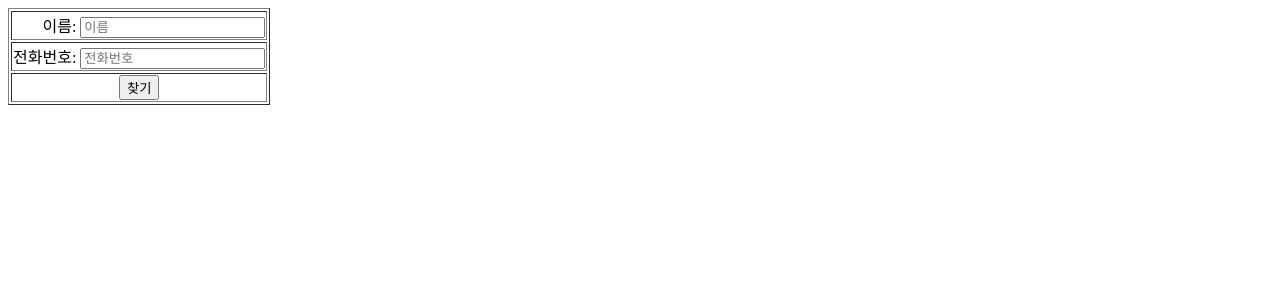
Repository: leeseokh/jquery
Page: workspace/MemberPj/WebContent/html/아디, 비번 찾기/id찾기.html
These files come from the project's save history. The page is drawn as it stood at one moment and after the next save; the edit follows.
The browser window is 1280 px wide. The pictures show the whole page.

Above is the page before, as saved 2021-06-18 00:08:47.

After the next save:
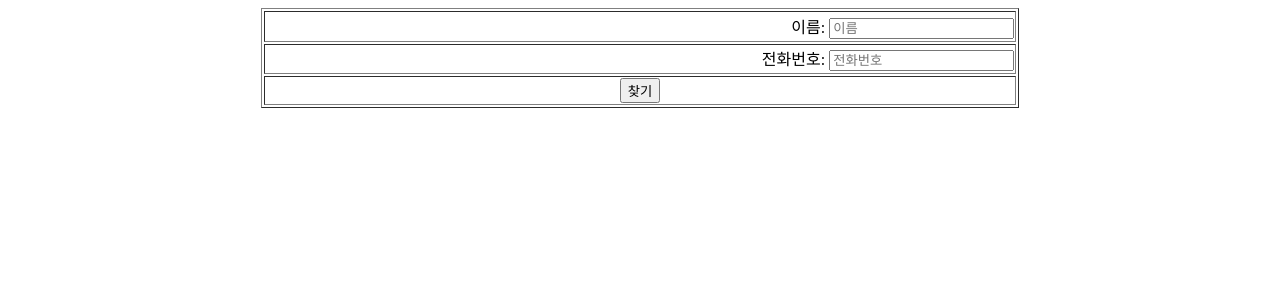
Saved 71 s later.
--- a/workspace/MemberPj/WebContent/html/아디, 비번 찾기/id찾기.html
+++ b/workspace/MemberPj/WebContent/html/아디, 비번 찾기/id찾기.html
@@ -9,6 +9,9 @@
 
 		}
 		table{
+			width:60%;
+			height:100px;
+			margin:auto;
 			text-align: center;
 		}
 	</style>
